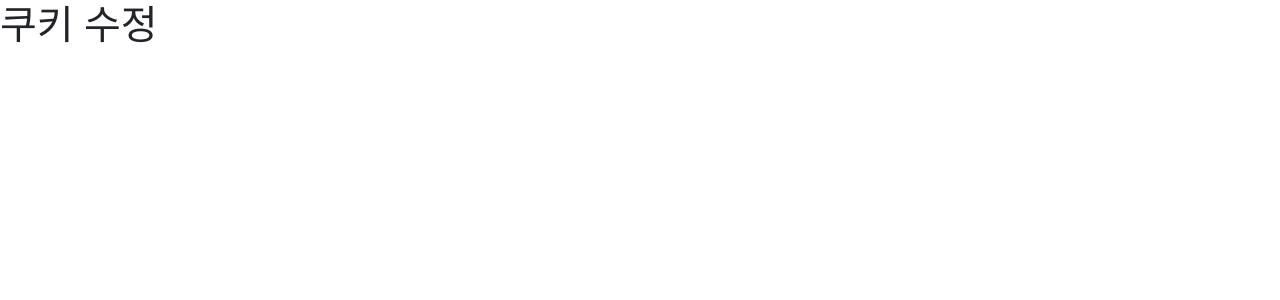
Repository: yeobleeme/06_jsp_basic
Page: http://localhost/jsp01_basic/jsp08_cookies/jsp03_modify.jsp
These files come from the project's save history. The page is drawn as it stood at one moment and after the next save; the edit follows.
The browser window is 1280 px wide. The pictures show the whole page.
The page is served by Tomcat 9. Other server files are loaded and not shown.

Above is the page before, as saved 2023-05-12 01:45:50.

### jsp01_basic/WebContent/jsp08_cookies/jsp03_modify.jsp
<%@page import="java.net.URLEncoder"%>
<%@page language="java" contentType="text/html; charset=UTF-8" pageEncoding="UTF-8"%>
<!DOCTYPE html>
<html>
<head>
	<meta charset="UTF-8">
	<meta name="viewport" content="width=device-width, initial-scale=1, minimum-scale=1, maximum-scale=1">
  	<link href="https://cdn.jsdelivr.net/npm/bootstrap@5.2.3/dist/css/bootstrap.min.css" rel="stylesheet">
  	<script src="https://cdn.jsdelivr.net/npm/bootstrap@5.2.3/dist/js/bootstrap.bundle.min.js"></script>
	<title>Insert title here</title>
</head>
<body>
	<h1>쿠키 수정</h1>
	<%
		Cookie cookie = null;
		Cookie[] cookies = request.getCookies();
		if(cookies != null && cookies.length > 0) {
			for(int i=0; i<cookies.length; i++) {
				if(cookies[i].getName().equals("name")) {
					cookie = new Cookie("name", URLEncoder.encode("손흥민", "utf-8"));
					response.addCookie(cookie);
				}
			}
		}
	%>
</body>
</html>

After the next save:
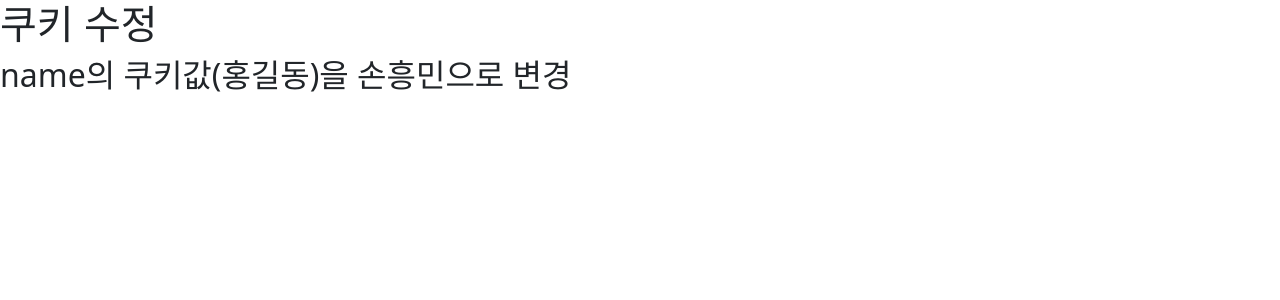
Saved 30 s later.
--- a/jsp01_basic/WebContent/jsp08_cookies/jsp03_modify.jsp
+++ b/jsp01_basic/WebContent/jsp08_cookies/jsp03_modify.jsp
@@ -23,5 +23,6 @@
 			}
 		}
 	%>
+	<h2>name의 쿠키값(홍길동)을 손흥민으로 변경</h2>
 </body>
 </html>
